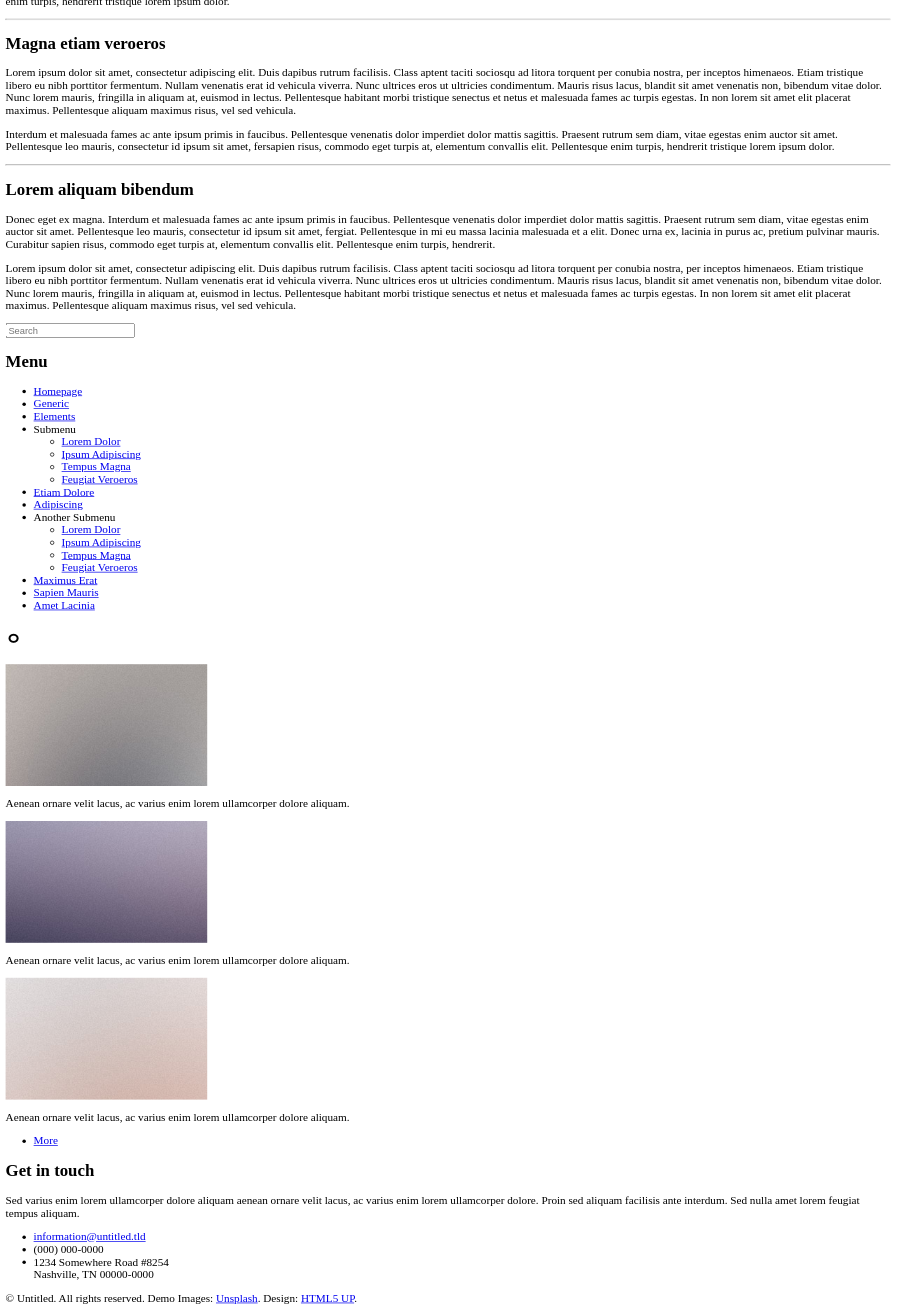
Repository: noCountJun/blog
Page: http://localhost/blogProject2/WEB-INF/views/main/profile.jsp
An editor plug-in stored every save of this project. The page is shown before and after the next save, followed by the edit.
The browser window is 1280 px wide. The page is 1288 px wide, so the pictures cover 1288 px, including what lies to the right of the window. The pictures show the part of the page from y = 1077 to 2957 px (the page is 2957 px tall before and 2949 px after), at 70% of full size.
The page is served by Tomcat 9. Nobody is signed in. Other server files are loaded and not shown. The template is opened directly, without the code that normally fills it, so the values that code supplies are empty.

Above is the page before, as saved 2019-08-20 04:19:33.

### blogProject2/src/main/webapp/WEB-INF/views/main/profile.jsp
<%@ page contentType="text/html; charset=utf-8" pageEncoding="utf-8"%>
<%@ taglib uri="http://java.sun.com/jsp/jstl/core" prefix="c" %>

<body class="is-preload">
		<!-- Wrapper -->
			<div id="wrapper">

				<!-- Main -->
					<div id="main">
						<div class="inner">

							<!-- Header -->
								<header id="header">
									<a href="index.html" class="logo"><strong>Editorial</strong> by HTML5 UP</a>
									<ul class="icons">
										<li><a href="#" class="icon brands fa-twitter"><span class="label">Twitter</span></a></li>
										<li><a href="#" class="icon brands fa-facebook-f"><span class="label">Facebook</span></a></li>
										<li><a href="#" class="icon brands fa-snapchat-ghost"><span class="label">Snapchat</span></a></li>
										<li><a href="#" class="icon brands fa-instagram"><span class="label">Instagram</span></a></li>
										<li><a href="#" class="icon brands fa-medium-m"><span class="label">Medium</span></a></li>
									</ul>
								</header>

							<!-- Content -->
								<section>
									<header class="main">
										<h1>Generic</h1>
									</header>

									<span class="image main"><img src="/resources/images/pic11.jpg" alt="" /></span>

									<p>Donec eget ex magna. Interdum et malesuada fames ac ante ipsum primis in faucibus. Pellentesque venenatis dolor imperdiet dolor mattis sagittis. Praesent rutrum sem diam, vitae egestas enim auctor sit amet. Pellentesque leo mauris, consectetur id ipsum sit amet, fergiat. Pellentesque in mi eu massa lacinia malesuada et a elit. Donec urna ex, lacinia in purus ac, pretium pulvinar mauris. Curabitur sapien risus, commodo eget turpis at, elementum convallis elit. Pellentesque enim turpis, hendrerit.</p>
									<p>Lorem ipsum dolor sit amet, consectetur adipiscing elit. Duis dapibus rutrum facilisis. Class aptent taciti sociosqu ad litora torquent per conubia nostra, per inceptos himenaeos. Etiam tristique libero eu nibh porttitor fermentum. Nullam venenatis erat id vehicula viverra. Nunc ultrices eros ut ultricies condimentum. Mauris risus lacus, blandit sit amet venenatis non, bibendum vitae dolor. Nunc lorem mauris, fringilla in aliquam at, euismod in lectus. Pellentesque habitant morbi tristique senectus et netus et malesuada fames ac turpis egestas. In non lorem sit amet elit placerat maximus. Pellentesque aliquam maximus risus, vel sed vehicula.</p>
									<p>Interdum et malesuada fames ac ante ipsum primis in faucibus. Pellentesque venenatis dolor imperdiet dolor mattis sagittis. Praesent rutrum sem diam, vitae egestas enim auctor sit amet. Pellentesque leo mauris, consectetur id ipsum sit amet, fersapien risus, commodo eget turpis at, elementum convallis elit. Pellentesque enim turpis, hendrerit tristique lorem ipsum dolor.</p>

									<hr class="major" />

									<h2>Interdum sed dapibus</h2>
									<p>Donec eget ex magna. Interdum et malesuada fames ac ante ipsum primis in faucibus. Pellentesque venenatis dolor imperdiet dolor mattis sagittis. Praesent rutrum sem diam, vitae egestas enim auctor sit amet. Pellentesque leo mauris, consectetur id ipsum sit amet, fergiat. Pellentesque in mi eu massa lacinia malesuada et a elit. Donec urna ex, lacinia in purus ac, pretium pulvinar mauris. Curabitur sapien risus, commodo eget turpis at, elementum convallis elit. Pellentesque enim turpis, hendrerit.</p>
									<p>Lorem ipsum dolor sit amet, consectetur adipiscing elit. Duis dapibus rutrum facilisis. Class aptent taciti sociosqu ad litora torquent per conubia nostra, per inceptos himenaeos. Etiam tristique libero eu nibh porttitor fermentum. Nullam venenatis erat id vehicula viverra. Nunc ultrices eros ut ultricies condimentum. Mauris risus lacus, blandit sit amet venenatis non, bibendum vitae dolor. Nunc lorem mauris, fringilla in aliquam at, euismod in lectus. Pellentesque habitant morbi tristique senectus et netus et malesuada fames ac turpis egestas. In non lorem sit amet elit placerat maximus. Pellentesque aliquam maximus risus, vel sed vehicula. Interdum et malesuada fames ac ante ipsum primis in faucibus. Pellentesque venenatis dolor imperdiet dolor mattis sagittis. Praesent rutrum sem diam, vitae egestas enim auctor sit amet. Pellentesque leo mauris, consectetur id ipsum sit amet, fersapien risus, commodo eget turpis at, elementum convallis elit. Pellentesque enim turpis, hendrerit tristique lorem ipsum dolor.</p>

									<hr class="major" />

									<h2>Magna etiam veroeros</h2>
									<p>Lorem ipsum dolor sit amet, consectetur adipiscing elit. Duis dapibus rutrum facilisis. Class aptent taciti sociosqu ad litora torquent per conubia nostra, per inceptos himenaeos. Etiam tristique libero eu nibh porttitor fermentum. Nullam venenatis erat id vehicula viverra. Nunc ultrices eros ut ultricies condimentum. Mauris risus lacus, blandit sit amet venenatis non, bibendum vitae dolor. Nunc lorem mauris, fringilla in aliquam at, euismod in lectus. Pellentesque habitant morbi tristique senectus et netus et malesuada fames ac turpis egestas. In non lorem sit amet elit placerat maximus. Pellentesque aliquam maximus risus, vel sed vehicula.</p>
									<p>Interdum et malesuada fames ac ante ipsum primis in faucibus. Pellentesque venenatis dolor imperdiet dolor mattis sagittis. Praesent rutrum sem diam, vitae egestas enim auctor sit amet. Pellentesque leo mauris, consectetur id ipsum sit amet, fersapien risus, commodo eget turpis at, elementum convallis elit. Pellentesque enim turpis, hendrerit tristique lorem ipsum dolor.</p>

									<hr class="major" />

									<h2>Lorem aliquam bibendum</h2>
									<p>Donec eget ex magna. Interdum et malesuada fames ac ante ipsum primis in faucibus. Pellentesque venenatis dolor imperdiet dolor mattis sagittis. Praesent rutrum sem diam, vitae egestas enim auctor sit amet. Pellentesque leo mauris, consectetur id ipsum sit amet, fergiat. Pellentesque in mi eu massa lacinia malesuada et a elit. Donec urna ex, lacinia in purus ac, pretium pulvinar mauris. Curabitur sapien risus, commodo eget turpis at, elementum convallis elit. Pellentesque enim turpis, hendrerit.</p>
									<p>Lorem ipsum dolor sit amet, consectetur adipiscing elit. Duis dapibus rutrum facilisis. Class aptent taciti sociosqu ad litora torquent per conubia nostra, per inceptos himenaeos. Etiam tristique libero eu nibh porttitor fermentum. Nullam venenatis erat id vehicula viverra. Nunc ultrices eros ut ultricies condimentum. Mauris risus lacus, blandit sit amet venenatis non, bibendum vitae dolor. Nunc lorem mauris, fringilla in aliquam at, euismod in lectus. Pellentesque habitant morbi tristique senectus et netus et malesuada fames ac turpis egestas. In non lorem sit amet elit placerat maximus. Pellentesque aliquam maximus risus, vel sed vehicula.</p>

								</section>

						</div>
					</div>

				<!-- Sidebar -->
				<div id="sidebar">
					<div class="inner">

						<!-- Search -->
							<section id="search" class="alt">
								<form method="post" action="#">
									<input type="text" name="query" id="query" placeholder="Search" />
								</form>
							</section>

						<!-- Menu -->
							<nav id="menu">
								<header class="major">
									<h2>Menu</h2>
								</header>
								<ul>
									<li><a href="index.html">Homepage</a></li>
									<li><a href="generic.html">Generic</a></li>
									<li><a href="elements.html">Elements</a></li>
									<li>
										<span class="opener">Submenu</span>
										<ul>
											<li><a href="#">Lorem Dolor</a></li>
											<li><a href="#">Ipsum Adipiscing</a></li>
											<li><a href="#">Tempus Magna</a></li>
											<li><a href="#">Feugiat Veroeros</a></li>
										</ul>
									</li>
									<li><a href="#">Etiam Dolore</a></li>
									<li><a href="#">Adipiscing</a></li>
									<li>
										<span class="opener">Another Submenu</span>
										<ul>
											<li><a href="#">Lorem Dolor</a></li>
											<li><a href="#">Ipsum Adipiscing</a></li>
											<li><a href="#">Tempus Magna</a></li>
											<li><a href="#">Feugiat Veroeros</a></li>
										</ul>
									</li>
									<li><a href="#">Maximus Erat</a></li>
									<li><a href="#">Sapien Mauris</a></li>
									<li><a href="#">Amet Lacinia</a></li>
								</ul>
							</nav>

						<!-- Section -->
							<section>
								<header class="major">
									<h2>ㅇ</h2>
								</header>
								<div class="mini-posts">
									<article>
										<a href="#" class="image"><img src="/resources/images/pic07.jpg" alt="" /></a>
										<p>Aenean ornare velit lacus, ac varius enim lorem ullamcorper dolore aliquam.</p>
									</article>
									<article>
										<a href="#" class="image"><img src="/resources/images/pic08.jpg" alt="" /></a>
										<p>Aenean ornare velit lacus, ac varius enim lorem ullamcorper dolore aliquam.</p>
									</article>
									<article>
										<a href="#" class="image"><img src="/resources/images/pic09.jpg" alt="" /></a>
										<p>Aenean ornare velit lacus, ac varius enim lorem ullamcorper dolore aliquam.</p>
									</article>
								</div>
								<ul class="actions">
									<li><a href="#" class="button">More</a></li>
								</ul>
							</section>

						<!-- Section -->
							<section>
								<header class="major">
									<h2>Get in touch</h2>
								</header>
								<p>Sed varius enim lorem ullamcorper dolore aliquam aenean ornare velit lacus, ac varius enim lorem ullamcorper dolore. Proin sed aliquam facilisis ante interdum. Sed nulla amet lorem feugiat tempus aliquam.</p>
								<ul class="contact">
									<li class="icon solid fa-envelope"><a href="#">information@untitled.tld</a></li>
									<li class="icon solid fa-phone">(000) 000-0000</li>
									<li class="icon solid fa-home">1234 Somewhere Road #8254<br />
									Nashville, TN 00000-0000</li>
								</ul>
							</section>

							<footer id="footer">
								<p class="copyright">&copy; Untitled. All rights reserved. Demo Images: <a href="https://unsplash.com">Unsplash</a>. Design: <a href="https://html5up.net">HTML5 UP</a>.</p>
							</footer>

						</div>
					</div>
<%-- <jsp:include page="/WEB-INF/views/category/category.jsp" /> --%>

			</div>

After the next save:
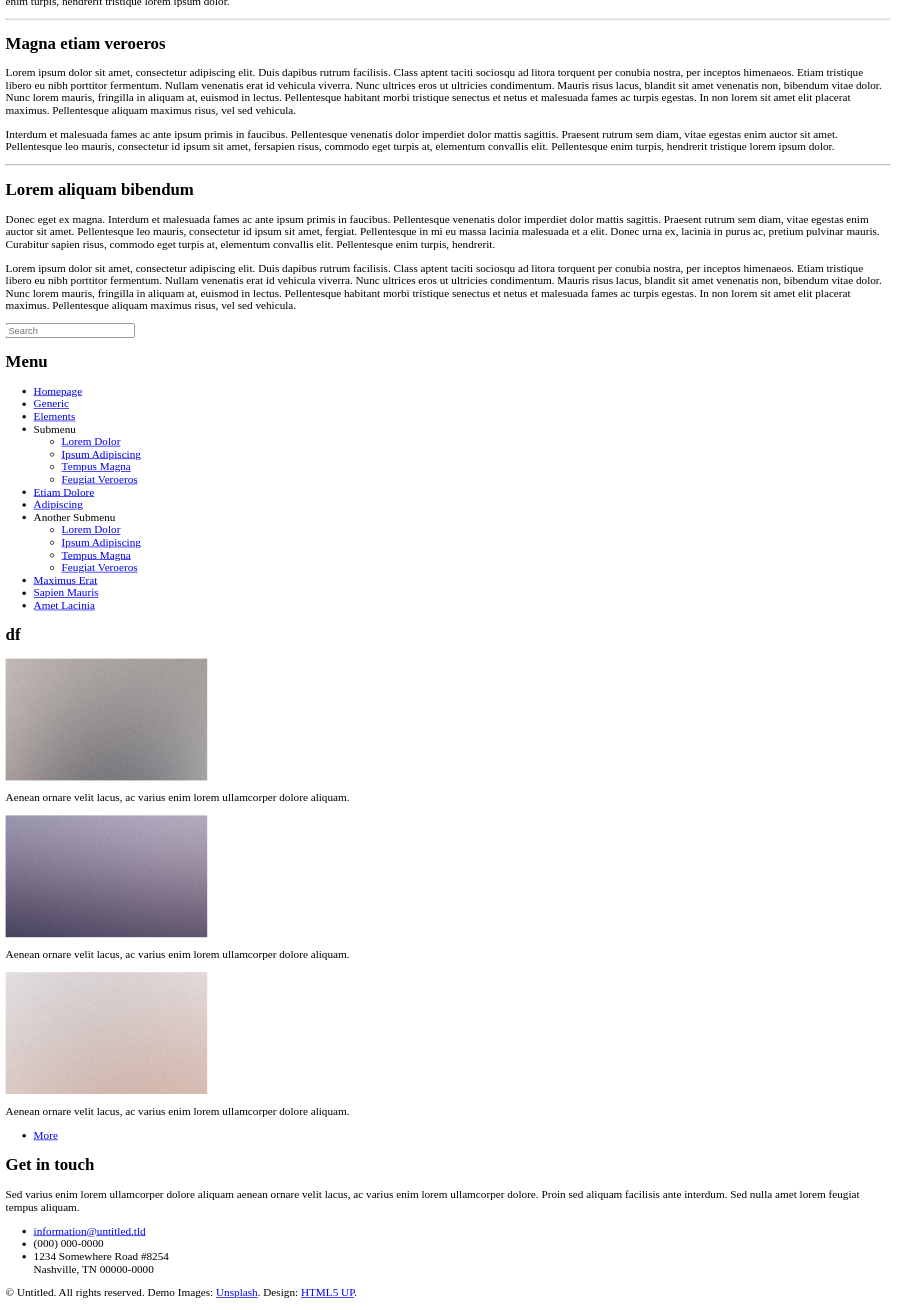
Saved 73 s later.
--- a/blogProject2/src/main/webapp/WEB-INF/views/main/profile.jsp
+++ b/blogProject2/src/main/webapp/WEB-INF/views/main/profile.jsp
@@ -1,7 +1,7 @@
 <%@ page contentType="text/html; charset=utf-8" pageEncoding="utf-8"%>
 <%@ taglib uri="http://java.sun.com/jsp/jstl/core" prefix="c" %>
 
-<body class="is-preload">
+
 		<!-- Wrapper -->
 			<div id="wrapper">
 
@@ -105,7 +105,7 @@
 						<!-- Section -->
 							<section>
 								<header class="major">
-									<h2>ㅇ</h2>
+									<h2>df</h2>
 								</header>
 								<div class="mini-posts">
 									<article>
